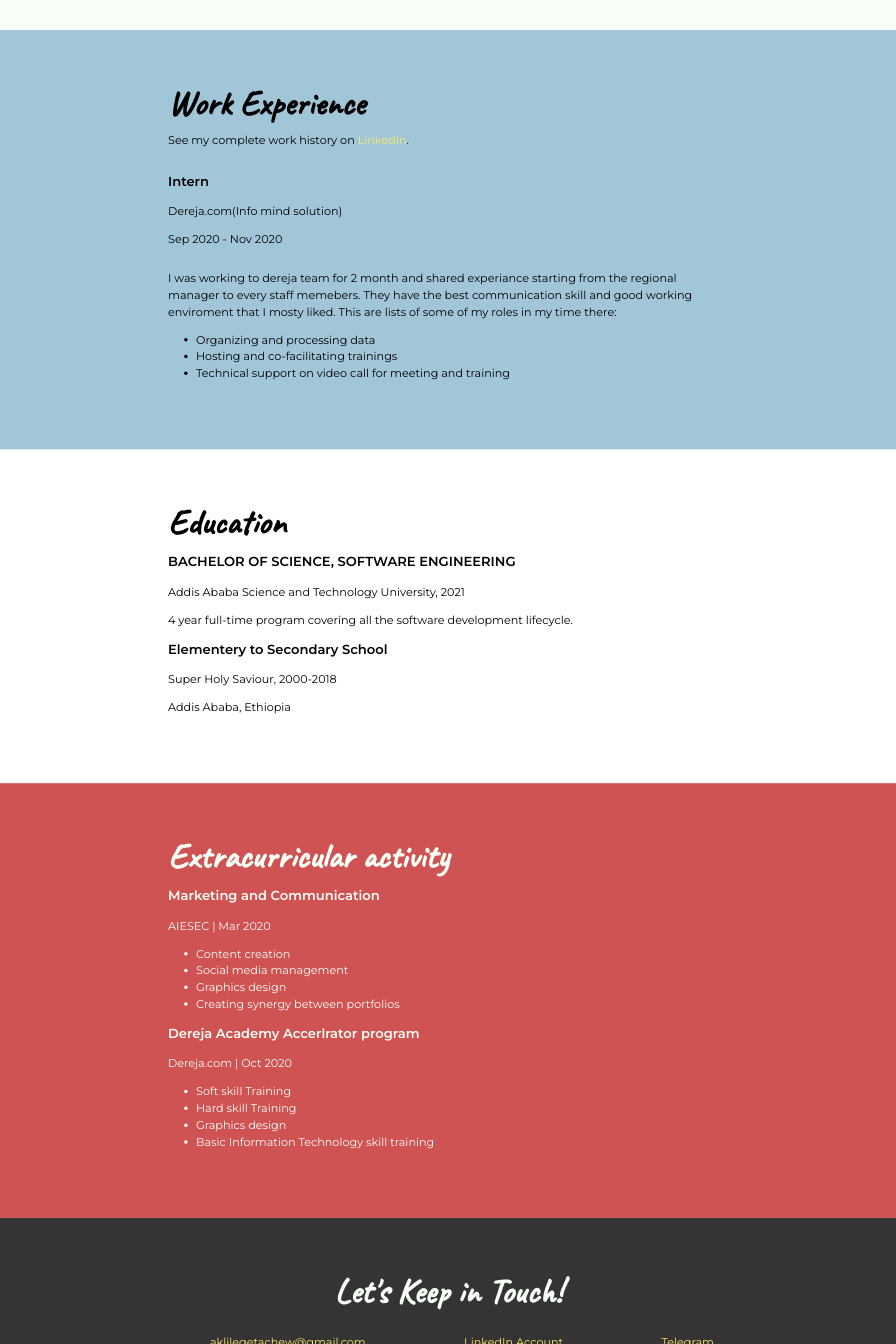
Repository: Aklilegetachew/my-Portfolio
Page: index.html
These files come from the project's save history. The page is drawn as it stood at one moment and after the next save; the edit follows.
The browser window is 1280 px wide. The pictures show the part of the page from y = 1367 to 3287 px (the page is 3413 px tall before and 3320 px after), at 70% of full size.

Above is the page before, as saved 2021-11-24 00:56:00.

### index.html
<!DOCTYPE html>
<html lang="en">
  <head>
    <meta charset="UTF-8">
    <meta name="viewport" content="width=device-width, initial-scale=1.0">
    <title>Aklile Getachew, Software Engineer</title>
     <link href="https://fonts.googleapis.com/css?family=Caveat|Montserrat:400,600&display=swap" rel="stylesheet">
    <link rel="stylesheet" href="css/styles.css">
  </head>
  <body>
    <main>
      <!-- ***********************  ABOUT / PROFILE  *********************** -->
      <header>
        <div class="content-wrap">
          <h1>Aklile Getachew</h1>
          <h2>Software Developer + Graphics Designer</h2>

          <p>Motivated software engineering graduate and technology enthusiast seeking
            to pursue an opportunity with a growing organization that will utilize and
            enhance my knowledge in software development or Information Technology.</p>
          <p>I’m also exploring more creative pursuits on Graphic designing </p>
        </div>
      </header>

      <!-- ********************  PROJECTS / PORTFOLIO  ********************* -->
      <section class="projects">
        <div class="content-wrap divider">
          <h2>Featured Projects</h2>
          <p>View selected projects below. More information can be found at <a href="http://christinatruong.com">my gitlab account. </a>.</p>

          <!-- Project 1 -->
          <section class="project-item">
              <img src="images/brana-home.jpg" alt="brana-home-page">
              <!-- <div class="image-stack-front"><img src="images/brana-play.jpg" alt="brana-play-page">
            </div> -->
            <h3>Brana Mobile application</h3>
            <p>Brana Audiobook Purchasing Application will provide audio books in different local languages
              for different target groups. Our application will provide book for students, readers, scientist,
              engineers, and researchers. This audio books will be from different category and with different
              genre to address most of the social groups.</p>
            <a class="btn" href="https://gitlab.com/bisrathailu793/brana/-/tree/master" target="_blank">See on Gitlab </a>
          </section>

          <!-- Project 2
          <section class="project-item">
            <img src="images/project-women-tech.jpg" alt="website thumbnail">
            <h3>Women&&Tech</h3>
            <p>Women&&Tech was launched in 2012 to feature interviews with different women working in the tech industry. I became familiar with them when I was invited to be one of the interviewees! A few years later, I joined the team and helped with the relaunch of the site as the front-end architect.</p>
            <a class="btn" href="http://christinatruong.com/projects/women-and-tech-redesign.html" target="_blank">View the case study</a>
          </section>

           Project 3
          <section class="project-item">
            <img src="images/project-wire-ipsum.jpg" alt="website thumbnail">
            <h3>The Wire Ipsum</h3>
            <p>After coming back from teaching a JavaScript workshop, I felt inspired to create something just for fun. I realized that of all the content/lorem ipsum generators available, there was nothing for HBO’s The Wire fans. I searched for <a href="http://thewireipsum.com" target="_blank">thewireipsum.com</a> domain and it was available! Generate some content for your projects today.</p>
            <a class="btn" href="http://thewireipsum.com" target="_blank">View live site</a>
          </section>-->
        </div>
      </section>

      <!-- ***********************  WORK EXPERIENCE  *********************** -->
      <section class="work-experience">
        <div class="content-wrap divider">
          <h2>Work Experience</h2>
          <p>See my complete work history on <a href="https://www.linkedin.com/in/aklile-getachew-673050181/">LinkedIn</a>.</p>

          <!-- Job 1 -->
          <section class="job-item">
            <div class="job-details">
              <h3>Intern</h3>
              <p>Dereja.com(Info mind solution) </p>
              <p>Sep 2020 - Nov 2020</p>
            </div>
            <div class="job-summary">
              <p>I was working to dereja team for 2 month and  shared experiance starting from the regional manager to every staff memebers. They have the best communication skill and good working enviroment that I mosty liked. This are lists of some of my roles in my time there:</p>
              <ul>
                <li>Organizing and processing data</li>
                <li>Hosting and co-facilitating trainings</li>
                <li>Technical support on video call for meeting and training</li>
              </ul>
            </div>
          </section>
        </div>
      </section>

      <!-- ******************  EDUCATION & CERTIFICATIONS ****************** -->
      <section class="education item-details">
        <div class="content-wrap">
          <h2>Education</h2>

          <section>
            <h3>BACHELOR OF SCIENCE, SOFTWARE ENGINEERING</h3>
            <p>Addis Ababa Science and Technology University, 2021</p>
            <p>4 year full-time program covering all the software development lifecycle.</p>
          </section>

          <section>
            <h3>Elementery to Secondary School</h3>
            <p>Super Holy Saviour, 2000-2018</p>
            <p>Addis Ababa, Ethiopia </p>
          </section>
        </div>
      </section>

      <!-- ******************  E X T R A C U R R I C U L A R A C T I V I T Y ****************** -->
      <section class="extracurricular">
        <div class="content-wrap">
          <h2>Extracurricular activity</h2>

          <section>
            <h3>Marketing and Communication</h3>
            <p>AIESEC | Mar 2020
              <ul>
                <li>Content creation</li>
                <li>Social media management</li>
                <li>Graphics design</li>
                <li>Creating synergy between portfolios</li>
              </ul>
            </p>

          </section>
          <section>
            <h3>Dereja Academy Accerlrator program</h3>
            <p>Dereja.com | Oct 2020
              <ul>
                <li>Soft skill Training</li>
                <li>Hard skill Training</li>
                <li>Graphics design</li>
                <li>Basic Information Technology skill training</li>
              </ul>
            </p>

          </section>
        </div>
      </section>

      <!-- *****************  CONTACT INFO / SOCIAL MEDIA  ***************** -->
      <footer>
        <div class="content-wrap">
          <h2>Let's Keep in Touch!</h2>

          <!-- Social media and contact links. Add or remove any networks. -->
          <ul class="contact-list">
            <li><a href="aklilegetachew@gmail.com">aklilegetachew@gmail.com</a></li>
            <li><a href="https://www.linkedin.com/in/aklile-getachew-673050181/" target="_blank">LinkedIn Account</a></li>
            <li><a href="https://t.me/AKG47" target="_blank">Telegram</a></li>
          </ul>
        </div>
      </footer>
    </main>
  </body>
</html>

### css/styles.css
/*
COLOR PALETTE
https://coolors.co/f7fff7-343434-2f3061-ffe66d-a1c6d7
#F7FFF7 - almost white
#343434 - dark gray - almost black
#2F3061 - blue dark
#FFE66D - yellow
#A1C6D7 - blue light
#D05353 - indian red
*/

/* global
======================================================*/
img{
    width: 300px;
    height: 640px;
}
a{
    color: #FFE66D ;
    text-decoration: none;
}
body{
    margin: 0;
    padding: 0;
    font-family: 'Montserrat', sans-serif;
    line-height: 1.5em;
}
h1{
    font-size: 90px;
    margin: 0;

}
h2{
    margin: 0;
    font-size: 50px;
}
h1, h2 {
    font-family: 'Caveat', cursive;
    line-height: 1em;
}
.content-wrap{
    width: 800px;
    margin: 0 auto;
    padding: 80px 0;
}

/* Heading
======================================================*/
header{
    background-color: #2F3061 ;
    color: #F7FFF7;
    text-align: center;
}



/* projects
======================================================*/

.projects{
    background-color: #F7FFF7 ;

}

.project-item{
    clear: both;
    margin-top: 60px;
    display: inline-block;
}
.project-item h3{
    margin-top: 0;
}

.project-item img{
    float: left;
    margin-right: 20px;
    width: 300px;
    height: 640px;
}

.image-stack-back{
    position: relative;

    z-index: 100;
}

.image-stack-front{
    position: static;
    bottom: 20px;
    left: 20px;
    z-index: 200;
}


.projects a{
    color: #343434 ;

}
.projects .btn{
    color: #F7FFF7;
    background-color: #2F3061;
    text-decoration: none;
    padding: 8px;
    border-radius: 4px;
    display: inline-block;
}

/* Work experiance
=======================================================*/
.work-experience{
    background-color: #A1C6D7;

}
.job-item{
    display: grid;
    grid-template-columns: 1fr, 2fr;
}


/* extracurricular
=======================================================*/
.extracurricular{
    background-color: #D05353;
    color: #F7FFF7;

}

/* footer
=======================================================*/
footer{
    background-color: #343434 ;
    color: #F7FFF7;
    text-align: center;
}

.contact-list{
    display: flex;
    list-style-type: none;
    justify-content: space-between;
}
.contact-list a {
    display: inline-block;
    padding: 20px;
}

After the next save:
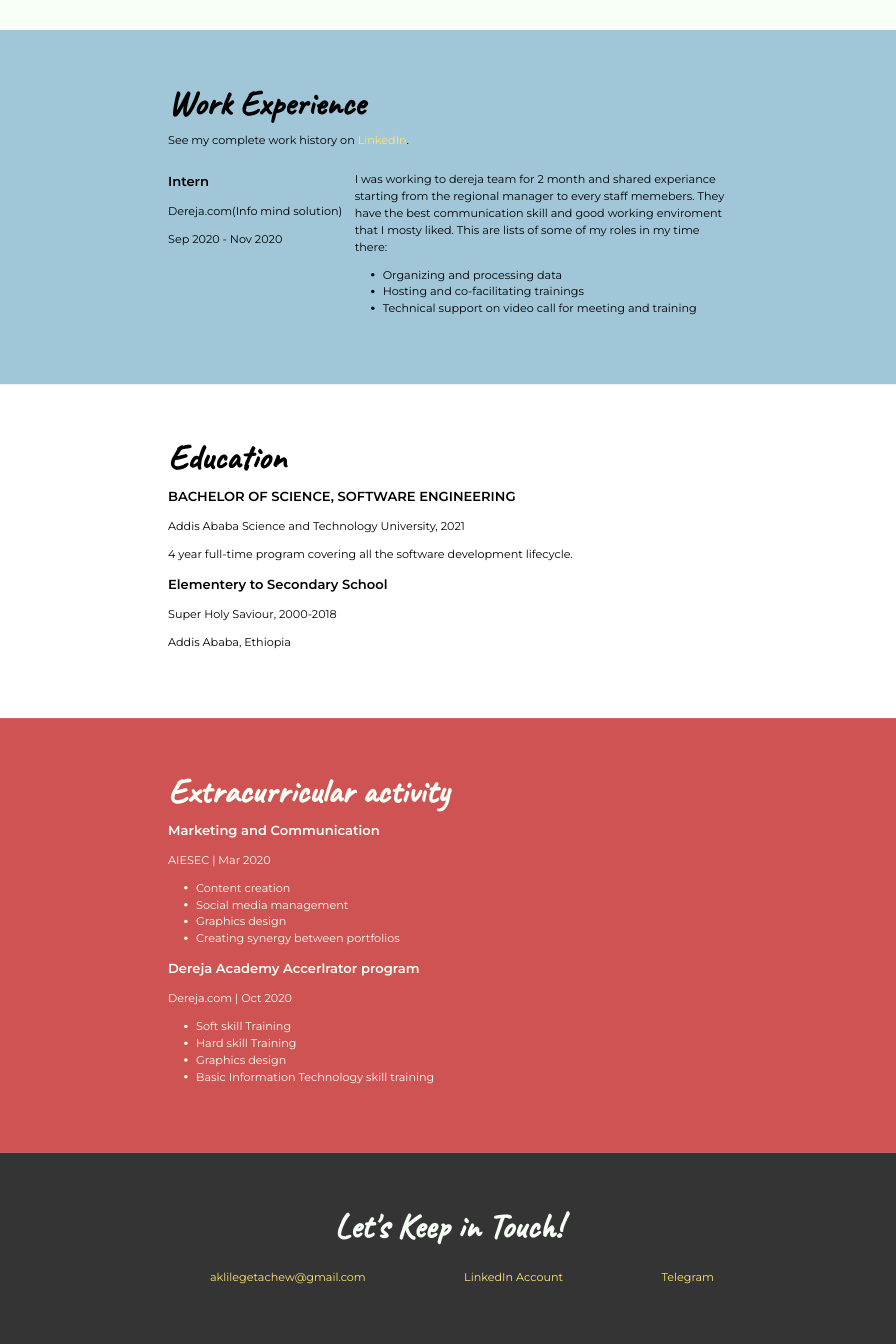
Saved 50 s later.
--- a/css/styles.css
+++ b/css/styles.css
@@ -113,7 +113,7 @@
 }
 .job-item{
     display: grid;
-    grid-template-columns: 1fr, 2fr;
+    grid-template-columns: 1fr 2fr;
 }
 
 
